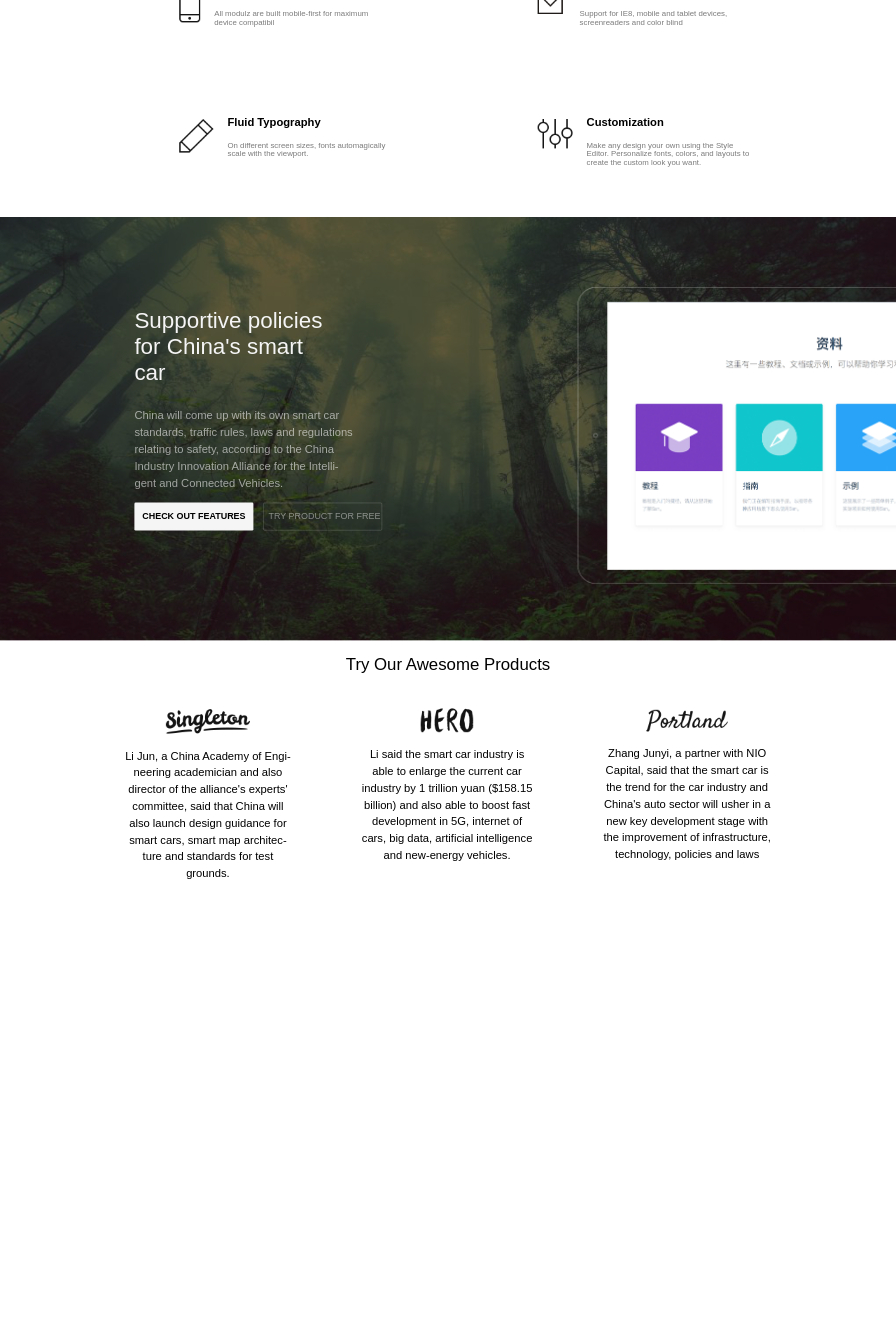
Repository: sogeisetsu/suy-ife
Page: 009-011/index.html
An editor plug-in stored every save of this project. The page is shown before and after the next save, followed by the edit.
The browser window is 1280 px wide. The pictures show the part of the page from y = 900 to 2820 px (the page is 2820 px tall), at 70% of full size.

Above is the page before, as saved 2019-10-12 10:13:20.

After the next save:
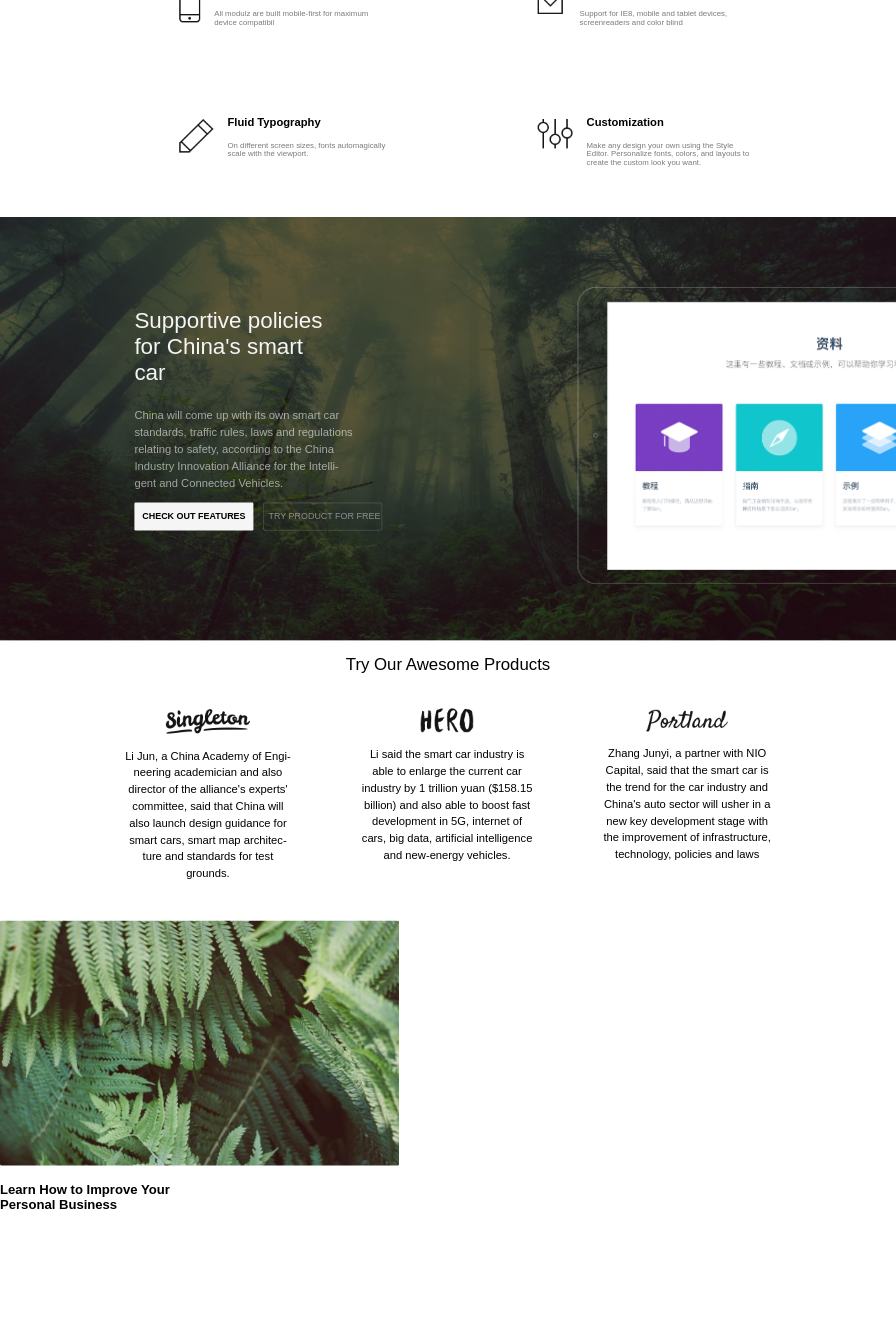
Saved 29 min 45 s later.
--- a/009-011/index.html
+++ b/009-011/index.html
@@ -96,7 +96,12 @@
             </div>
         </div>
         <div id="page5">
-
+            <div class="tree">
+                <img src="sucai/tree.png" alt="树木">
+                <div class="tree-text">
+                    <h3>Learn How to Improve Your <br>Personal Business</h3>
+                </div>
+            </div>
         </div>
     </body>
 </html>
